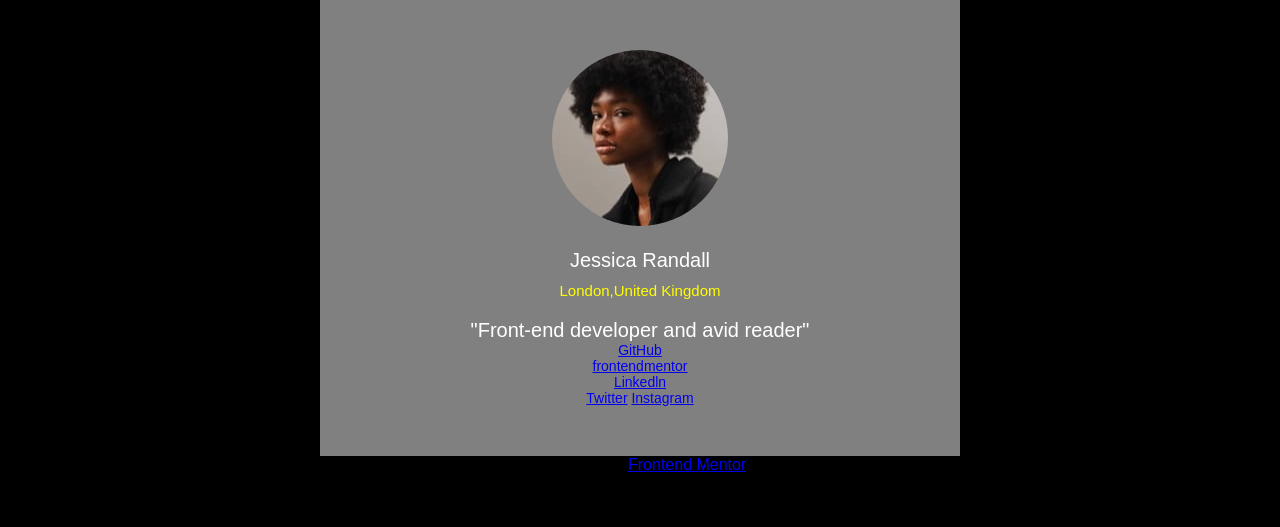
Repository: JosephAbatan05/Social-links-profile
Page: social-links-profile-main/index.html
The author's editor kept a copy of each file at every save. The page is drawn from the files as they stood at one save, then again after the next save.
The browser window is 1280 px wide. The pictures show the whole page.

Above is the page before, as saved 2025-01-25 10:53:14.

### social-links-profile-main/index.html
<!DOCTYPE html>
<html lang="en">
<head>
  <meta charset="UTF-8">
  <meta name="viewport" content="width=device-width, initial-scale=1.0"> <!-- displays site properly based on user's device -->

  <link rel="icon" type="image/png" sizes="32x32" href="./assets/images/favicon-32x32.png">

  <title>Frontend Mentor | Social links profile</title>
<link rel="stylesheet" href="styles.css">

  <!-- Feel free to remove these styles or customise in your own stylesheet 👍 --<style>
    .attribution { font-size: 11px; text-align: center; }
    .attribution a { color: hsl(228, 45%, 44%); }
  </style>
</head>
<body>

  Jessica Randall
  London, United Kingdom
  "Front-end developer and avid reader."

  GitHub
  Frontend Mentor
  LinkedIn
  Twitter
  Instagram


-->

<div class="container">
  <img src="assets\images\avatar-jessica.jpeg" >

<div id="name">Jessica Randall</div>
<div class="description">London,United Kingdom</div>
<div class="about">"Front-end developer and avid reader"</div>
<div id="fa-links-container">
  <div>
    <a href="https://github.com" class="button">GitHub</a></div>



   <div> <a href="https://frontendmentor.com" class="button">frontendmentor</a></div>



    <div><a href="https://Linkedln.com" class="button">Linkedln</a></div>





    <div><a href="https://Twitter.com" class="button">Twitter</a>





    <a href="https://Instagram.com" class="button">Instagram</a>






  </div>



</div>


</div>
<div class="attribution">
  Challenge by <a href="https://www.frontendmentor.io?ref=challenge" target="_blank">Frontend Mentor</a>.
</div>

</body>
</html>

### social-links-profile-main/styles.css
body{
    margin:0;
    padding:0;
    box-sizing: border-box;
    background-color: black;
    font-family: sans-serif;
}
.container{
    text-align: center;
    margin: 0 auto;
    font-size:14px;
    background-color: grey;
    max-width: 50%;
    padding: 50px 0;
}
img{
    border-radius:50%;


}
.container #name{
    color:white;
    margin-top: 20px;
    font-size:20px;
}

.container .description{
    color:yellow;
    margin-top: 10px;
    font-size: 15px;
}
.container .about{
    margin-top:20px;
    color:white;
    font-size: 20px;
}

.fa-links-container{
    margin-top:20px;
    padding:10px;
    text-align: center;

}

.fa-links-container div{
    padding:10px;
    border-radius:5px;
    background-color:rgb(37, 36, 36);
    color:white;
    margin:0  auto;
    max-width: 45%;
    align-items:flex-end;
   margin-top: 5px;
   font-weight:bold
}
.attribution{
    text-align:center;
    text-decoration: none;
}

After the next save:
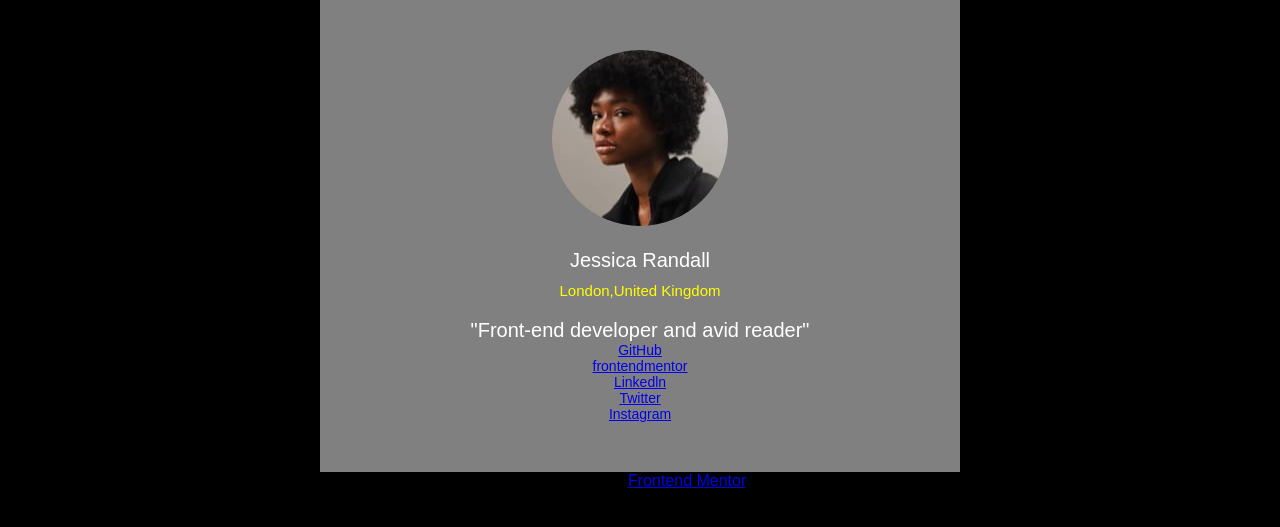
Saved 4 s later.
--- a/social-links-profile-main/index.html
+++ b/social-links-profile-main/index.html
@@ -51,7 +51,7 @@
 
 
 
-    <div><a href="https://Twitter.com" class="button">Twitter</a>
+    <div><a href="https://Twitter.com" class="button">Twitter</a></div>
 
 
 
